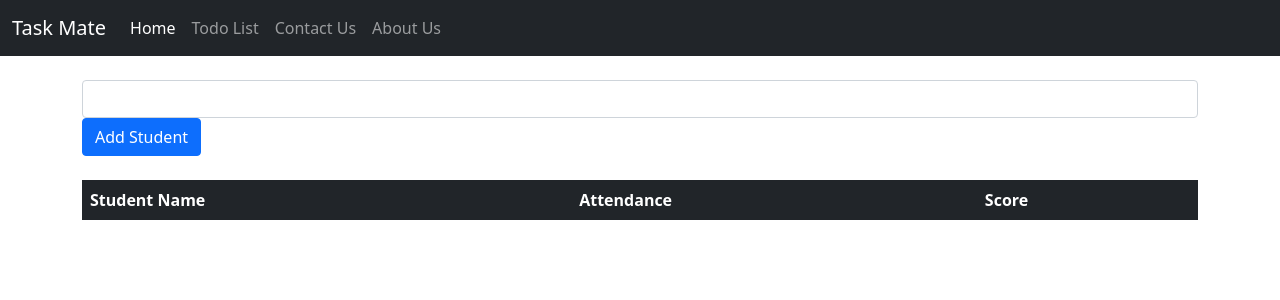
Repository: itathagata/Registration_System
Page: http://localhost/todolist/?pg=1
These files come from the project's save history. The page is drawn as it stood at one moment and after the next save; the edit follows.
The browser window is 1280 px wide. The pictures show the whole page.
The page is served by the project's application, run on Django 2.2 (manage.py). Queries for data that is not in the repository find no rows.

Above is the page before, as saved 2021-06-03 21:46:00.

After the next save:
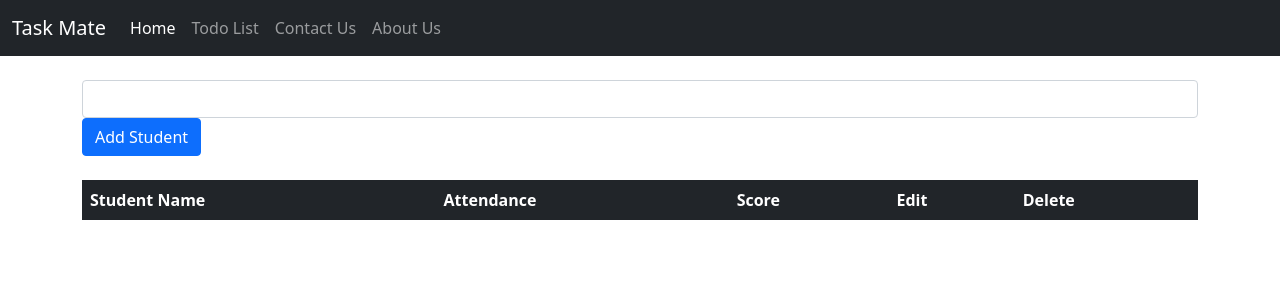
Saved 4 min 59 s later.
--- a/todolist_app/templates/todolist.html
+++ b/todolist_app/templates/todolist.html
@@ -30,6 +30,8 @@
       <th scope="col">Student Name</th>
       <th scope="col">Attendance</th>
       <th scope="col">Score</th>
+      <th scope="col">Edit</th>
+      <th scope="col">Delete</th>
     </tr>
   </thead>
     <tbody>
@@ -40,6 +42,8 @@
             <td>{{ obj.id }} | {{ obj.Student_Name }}</td>
             <td>Safe</td>
             <td>{{ obj.Score }}</td>
+            <td>Edit</td>
+            <td>Delete</td>
             </tr>
         {% else %}
             <tr class="table-danger">
